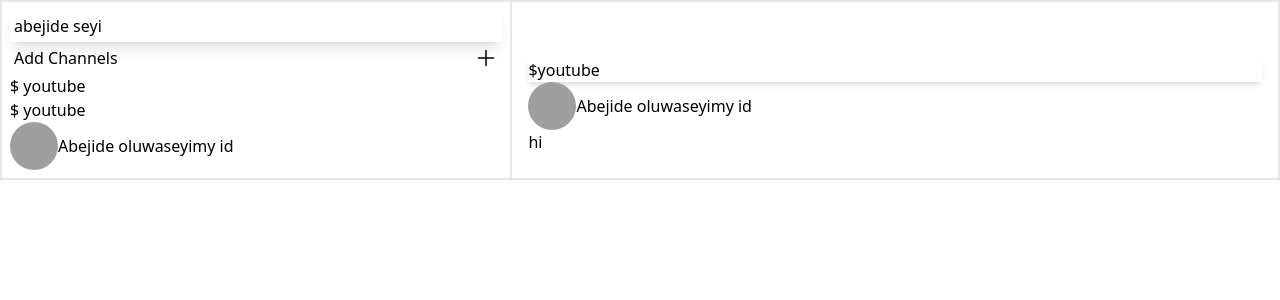
Repository: Semanmernstack/chat-mini
Page: /
The author's editor kept a copy of each file at every save. The page is drawn from the files as they stood at one save, then again after the next save.
The browser window is 1280 px wide. The pictures show the whole page.
Pictures or frames that could not be fetched are drawn as grey boxes. The project was rebuilt for these pictures with package versions that can differ from the ones it lists, and the page was loaded fresh each time. Also part of the build but not shown: src/features/counter/Counter.module.css, src/features/counter/Counter.js.

Above is the page before, as saved 2022-11-14 06:41:46.

After the next save:
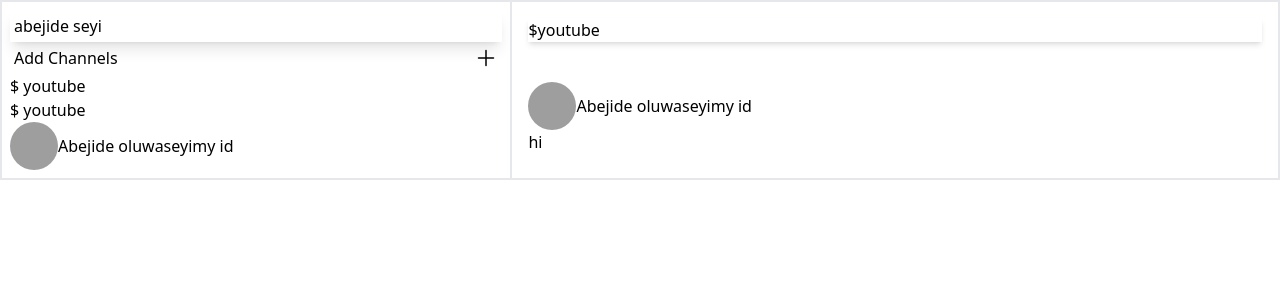
Saved 14 s later.
--- a/src/BodyHeader.js
+++ b/src/BodyHeader.js
@@ -4,7 +4,7 @@ function BodyHeader() {
   return (
     <div className="p-4">
         <div className="flex-1">
-        <div className="shadow-md mt-10">
+        <div className="shadow-md mb-10">
             <h1 >$youtube</h1>
 
         </div>
